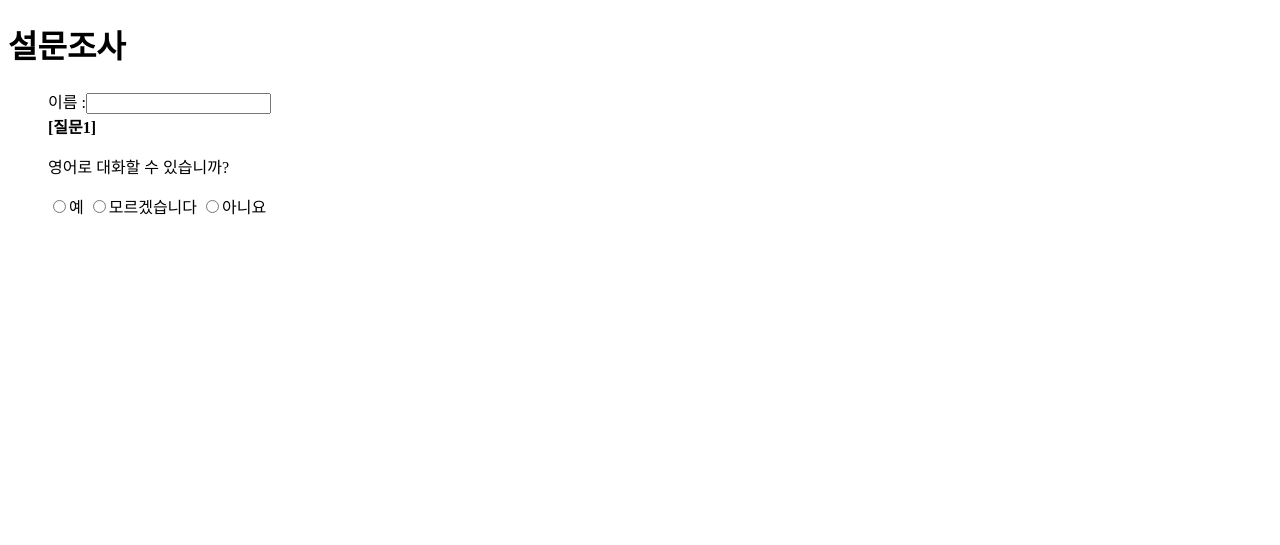
Repository: Jv2020/bitcamp
Page: html/sample05/WebContent/test02.html
An editor plug-in stored every save of this project. The page is shown before and after the next save, followed by the edit.
The browser window is 1280 px wide. The pictures show the whole page.

Above is the page before, as saved 2020-01-03 07:25:27.

After the next save:
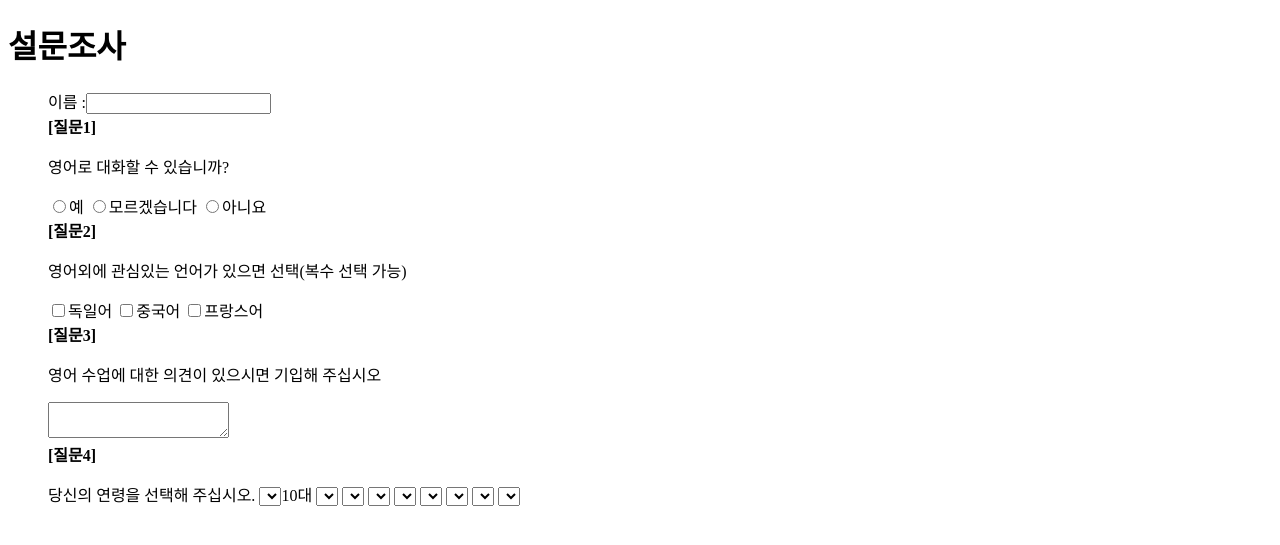
Saved 4 min 21 s later.
--- a/html/sample05/WebContent/test02.html
+++ b/html/sample05/WebContent/test02.html
@@ -22,6 +22,35 @@ ul li {list-style:none;}
 			<input type="radio" name="english" value="모르겠습니다" ><span>모르겠습니다</span>
 			<input type="radio" name="english" value="아니요" ><span>아니요</span>
 		<li>
+		<li><em>[질문2]</em></li>
+		<li><p>영어외에 관심있는 언어가 있으면 선택(복수 선택 가능)</p></li>
+		<li>
+			<input type="checkbox" value="예" ><span>독일어</span>
+			<input type="checkbox" value="모르겠습니다" ><span>중국어</span>
+			<input type="checkbox" value="아니요" ><span>프랑스어</span>
+		<li>
+		<li><em>[질문3]</em></li>
+		<li><p>영어 수업에 대한 의견이 있으시면 기입해 주십시오</p></li>
+		<li>
+			<textarea></textarea>
+		<li>
+		<li><em>[질문4]</em></li>
+		<li>
+			<p>당신의 연령을 선택해 주십시오.
+				<select>
+					<select option="10대">10대</select>
+					<select option="20대">20대</select>
+					<select option="30대">30대</select>
+					<select option="40대">40대</select>
+					<select option="50대">50대</select>
+					<select option="60대">60대</select>
+					<select option="70대">70대</select>
+					<select option="80대">80대</select>
+					<select option="90대">90대</select>
+				</select>
+			</p>
+		</li>
+
 	</ul>
 </form>
 
